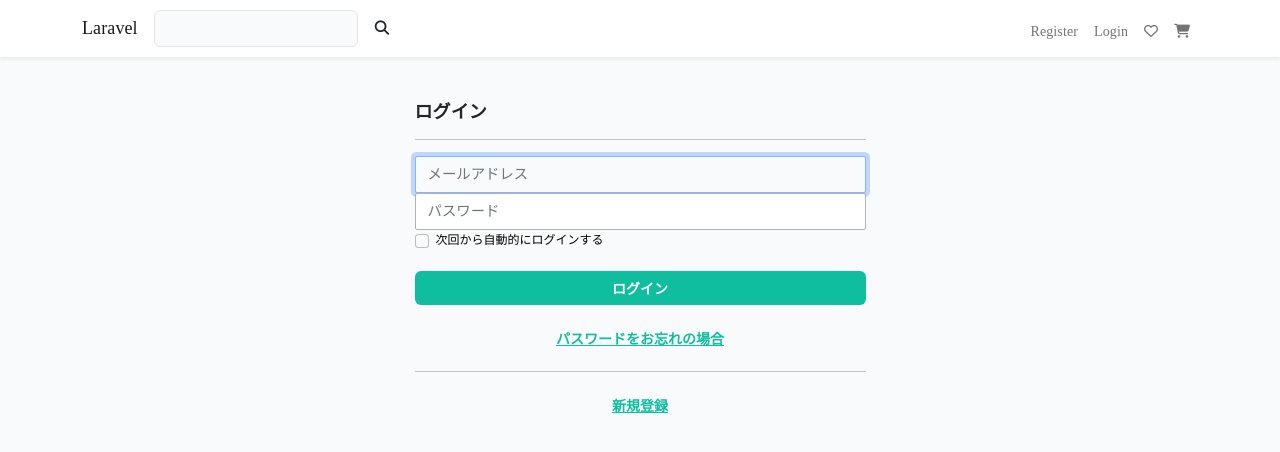
Repository: Satoshi514/laravel_samuraimart
Page: http://localhost/login
An editor plug-in stored every save of this project. The page is shown before and after the next save, followed by the edit.
The browser window is 1280 px wide. The pictures show the whole page.
Some web libraries are served in a nearby version. The page is served by the project's Laravel application, run on PHP 8.4 with Laravel 9. Style sheets and scripts are compiled from the project's sources, by tool versions that may differ from the author's.

Above is the page before, as saved 2023-05-28 15:11:58.

After the next save:
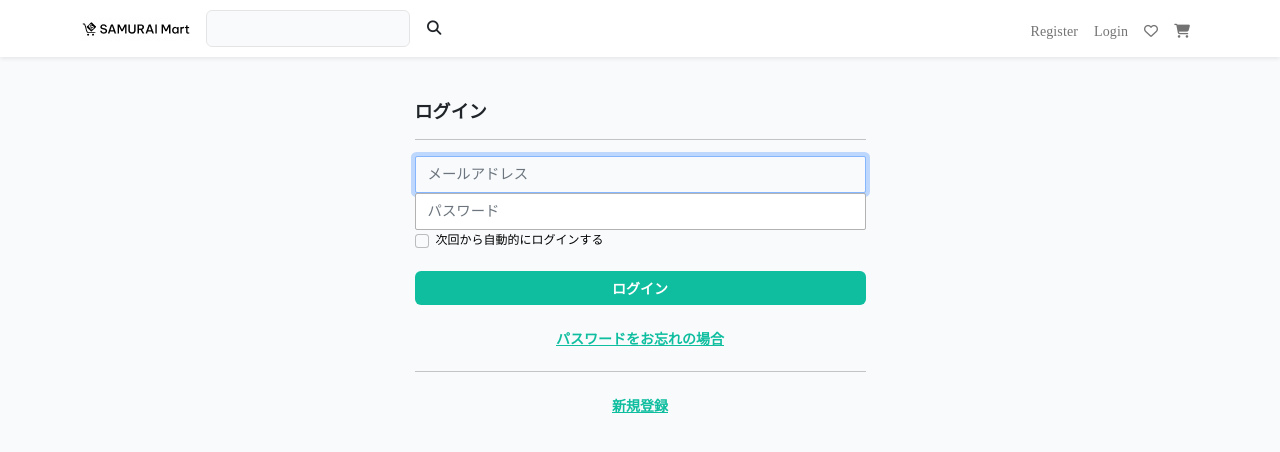
Saved 3 min 37 s later.
--- a/resources/views/components/header.blade.php
+++ b/resources/views/components/header.blade.php
@@ -1,7 +1,7 @@
 <nav class="navbar navbar-expand-md navbar-light shadow-sm samuraimart-header-container">
   <div class="container">
     <a class="navbar-brand" href="{{ url('/') }}">
-      {{ config('app.name','Laravel') }}
+      <img src="{{asset('img/logo.jpg')}}">
     </a>
     <form class="row g-1">
       <div class="col-auto">
